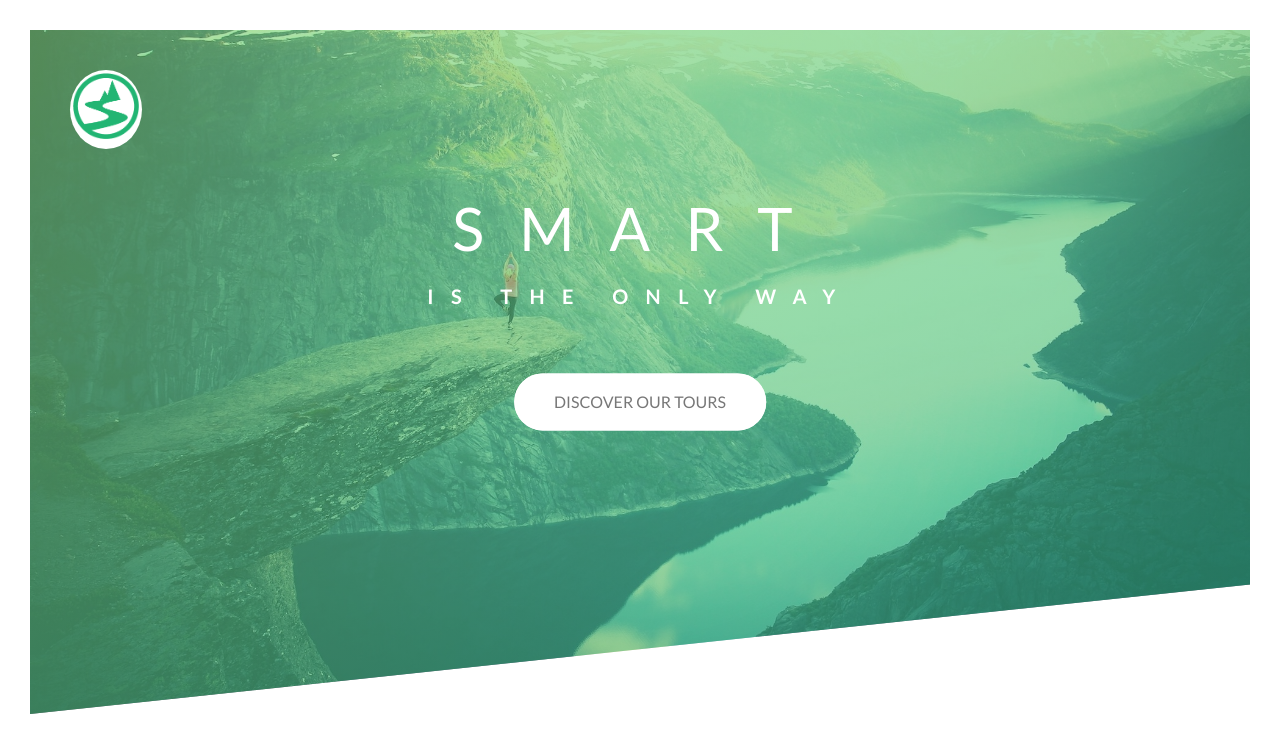
Repository: mukiSabljakovic/NatoursV1
Page: index.html
An editor plug-in stored every save of this project. The page is shown before and after the next save, followed by the edit.
The browser window is 1280 px wide. The pictures show the whole page.
Some web libraries are served in a nearby version.

Above is the page before, as saved 2020-05-11 16:30:50.

### index.html
<!DOCTYPE html>
<html lang="en">
    <head>
        <meta charset="UTF-8">
        <meta name="viewport" content="width=device-width, initial-scale=1.0">

        <link href="https://fonts.googleapis.com/css?family=Lato:100,300,400,700,900" rel="stylesheet">

        <link rel="stylesheet" href="https://use.fontawesome.com/releases/v5.13.0/css/all.css" integrity="sha384-Bfad6CLCknfcloXFOyFnlgtENryhrpZCe29RTifKEixXQZ38WheV+i/6YWSzkz3V" crossorigin="anonymous">
        <link rel="stylesheet" href="style.css">
        <link rel="stylesheet" href="css/style.css">
        <link rel="shortcut icon" type="image/png" href="img/favicon.png">

        <title>Natours | Exciting tours for adventurous people</title>
    </head>
    <body>
       <header class="header">
           <div class="logo-box">
               <img class="logo" src="img/logo.png" alt="Natours Logo">
           </div>

           <div class="text-box">
               <h1 class="heading-primary">
                   <span class="heading-primary-main">Smart</span>
                   <span class="heading-primary-sub">is the only way</span>
               </h1>
               <a href="#" class="btn btn-white btn-animated">Discover our tours</a>
           </div>

       </header>

    </body>
</html>

### css/style.css
@import url('https://fonts.googleapis.com/css2?family=Lato:wght@300;400;900&display=swap');

/*
COLORS:

Light green: #7ed56f
Medium green: #55c57a
Dark green: #28b485

*/

/* Basic Reset */


* {
    margin: 0;
    padding: 0;
    box-sizing: border-box;
}

body {
    font-family: 'Lato', sans-serif;
    font-weight: 400;
    font-size: 16px;
    line-height: 1.7;
    color: #777;
    padding: 1.875rem;
}

.header {
    height: 95vh;
    background-image: linear-gradient(
        to right bottom,
        rgba(126, 213, 111, .6),
        rgba(40, 180, 133, .6)),
        url(../img/hero.jpg);
    background-size: cover;
    background-position: top;

    clip-path: polygon(0 0, 100% 0, 100% 77vh, 0 100%);
    position: relative;
}

.logo-box {
    position: absolute;
    top: 40px;
    left: 40px;
    background: white;
    border-radius: 100%;
    padding: 3px;
}

.logo {
    height: 66px;

}

.text-box {
    position: absolute;
    top: 40%;
    left: 50%;
    transform: translate(-50%, -50%);
    text-align: center;
}

.heading-primary {
    color: #fff;
    text-transform: uppercase;

    /* Fix animation shaking */
    backface-visibility: hidden;
    margin-bottom: 60px;
}

.heading-primary-main {
    display: block;
    font-size: 3.75rem;
    font-weight: 400;
    letter-spacing: 2.1875rem;

    animation-name: moveInLeft;
    animation-duration: 1s;
    animation-timing-function: ease-out;
}

.heading-primary-sub {
    display: block;
    font-size: 1.25rem;
    font-weight: 700;
    letter-spacing: 1.0875rem;

    animation: moveInRight 1s ease-out;
}

@keyframes moveInLeft {
    0% {
        opacity: 0;
        transform: translateX(-100%);
    }

    80% {
        transform: translateX(10px);
    }

    100% {
        opacity: 1;
        trannsform: translate(0);
    }
}

@keyframes moveInRight {
    0% {
        opacity: 0;
        transform: translateX(100%);
    }

    80% {
        transform: translateX(-10px);
    }

    100% {
        opacity: 1;
        transform: translate(0);
    }
}

@keyframes moveInBottom {
    0% {
        opacity: 0;
        transform: translateY(-30px);
    }

    100% {
        opacity: 1;
        transform: translate(0);
    }
}

.btn:link,
.btn:visited {
    text-transform: uppercase;
    text-decoration: none;
    padding: 15px 40px;
    display: inline-block;
    border-radius: 100px;
    transition: all .2s;
}

.btn:hover {
    transform: translateY(-3px);
    box-shadow: 0 10px 20px rgba(0, 0, 0, .2);
}

.btn:active {
    transform: translateY(-1px);
    box-shadow: 0 10px 10px rgba(0, 0, 0, .2);
}

.btn-white {
    background-color: #fff;
    color: #777;
    position: relative;
}

.btn::after {
    content: "";
    display: inline-block;
    height: 100%;
    width: 100%;
    border-radius: 100px;
    position: absolute;
    top: 0;
    left: 0;
    z-index: -1;
    transition: all .2s;
}

.btn-white::after {
    background-color: #fff;
}

.btn:hover::after {
    transform: scaleX(1.4) scaleY(1.6);
    opacity: 0;
}

.btn-animated {
    animation: moveInBottom .5s ease-out .75s;
    animation-fill-mode: backwards;
}

After the next save:
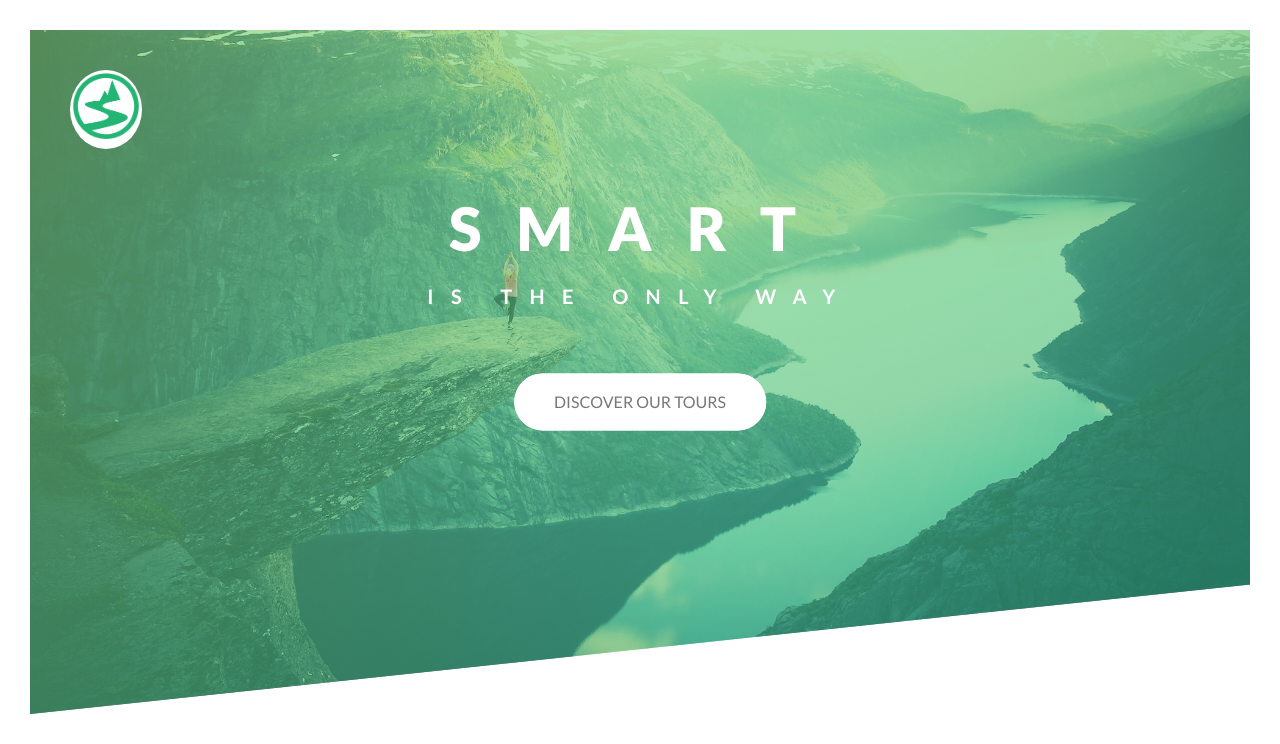
Saved 25 s later.
--- a/css/style.css
+++ b/css/style.css
@@ -75,7 +75,7 @@
 .heading-primary-main {
     display: block;
     font-size: 3.75rem;
-    font-weight: 400;
+    font-weight: 900;
     letter-spacing: 2.1875rem;
 
     animation-name: moveInLeft;

After the save that followed:
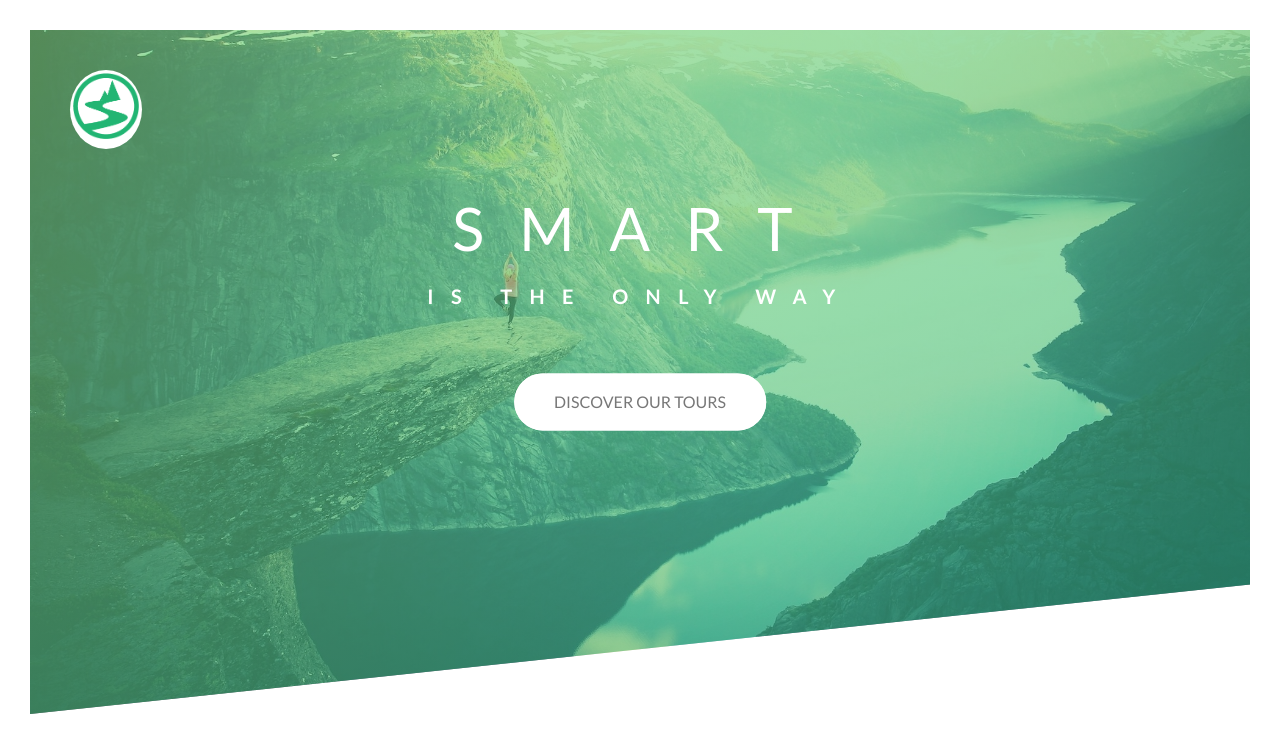
Saved 6 s later.
--- a/css/style.css
+++ b/css/style.css
@@ -75,7 +75,7 @@
 .heading-primary-main {
     display: block;
     font-size: 3.75rem;
-    font-weight: 900;
+    font-weight: 400;
     letter-spacing: 2.1875rem;
 
     animation-name: moveInLeft;
